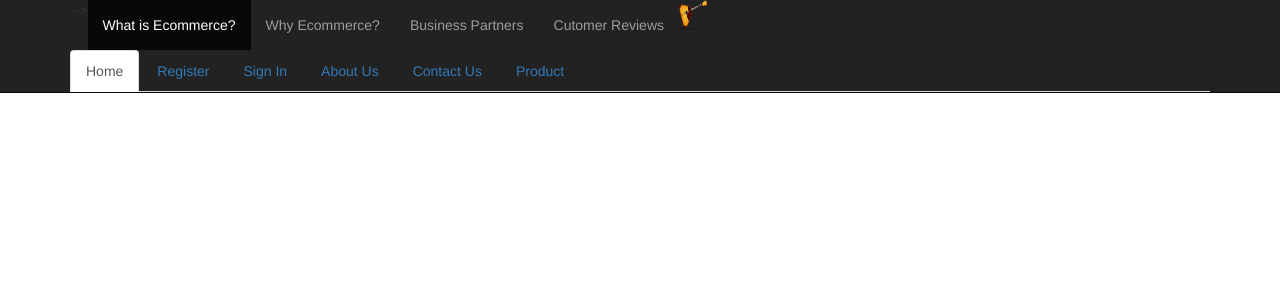
Repository: aradhana15/myFinalRepository
Page: http://localhost/music/WEB-INF/views/product.jsp
An editor plug-in stored every save of this project. The page is shown before and after the next save, followed by the edit.
The browser window is 1280 px wide. The pictures show the whole page.
The page is served by Tomcat 9. Nobody is signed in. The template is opened directly, without the code that normally fills it, so the values that code supplies are empty.

Above is the page before, as saved 2016-04-23 10:07:01.
Console error (its wording comes from the project's code and is left out).

After the next save:
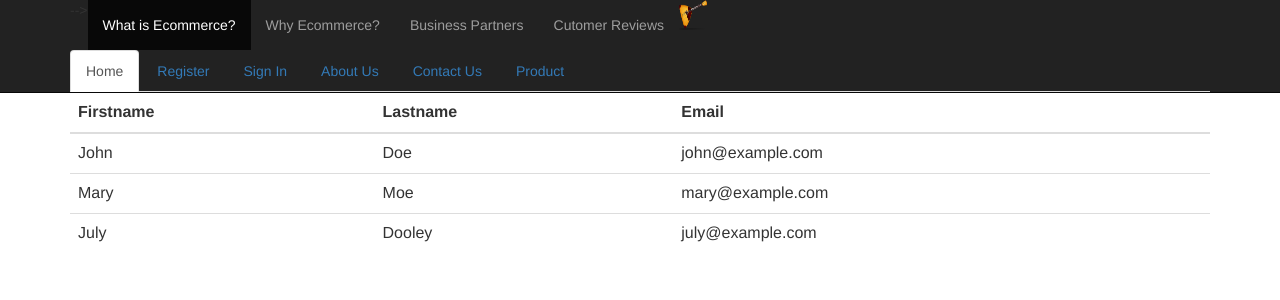
Saved 2 min 14 s later.
--- a/wwf/music/src/main/webapp/WEB-INF/views/product.jsp
+++ b/wwf/music/src/main/webapp/WEB-INF/views/product.jsp
@@ -1,6 +1,37 @@
 <%@include file="header.jsp"%>
 <body>
+<div class="container">
+  <h2>Hover Rows</h2>
+  <p>The .table-hover class enables a hover state on table rows:</p>
+  <table class="table table-hover">
+    <thead>
+      <tr>
+        <th>Firstname</th>
+        <th>Lastname</th>
+        <th>Email</th>
+      </tr>
+    </thead>
 <c:forEach var="pd" items="products">
+
+    <tbody>
+      <tr>
+        <td>John</td>
+        <td>Doe</td>
+        <td>john@example.com</td>
+      </tr>
+      <tr>
+        <td>Mary</td>
+        <td>Moe</td>
+        <td>mary@example.com</td>
+      </tr>
+      <tr>
+        <td>July</td>
+        <td>Dooley</td>
+        <td>july@example.com</td>
+      </tr>
+    </tbody>
+  </table>
+</div>
 
 
 </c:forEach>
